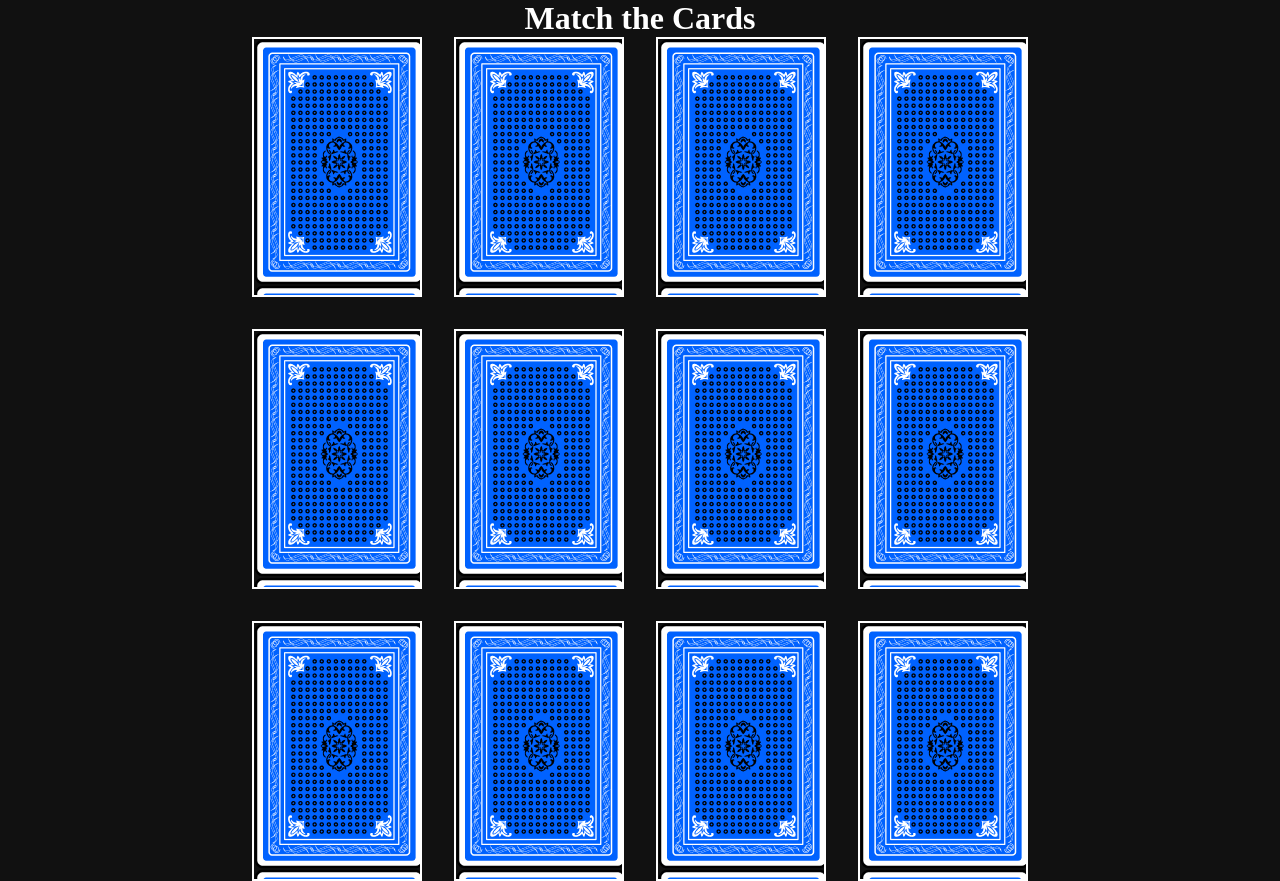
Repository: ThisIsSahaj/Js-Games
Page: MemoryCards/index.html
An editor plug-in stored every save of this project. The page is shown before and after the next save, followed by the edit.
The browser window is 1280 px wide. The pictures show the whole page.

Above is the page before, as saved 2024-05-16 15:45:26.

After the next save:
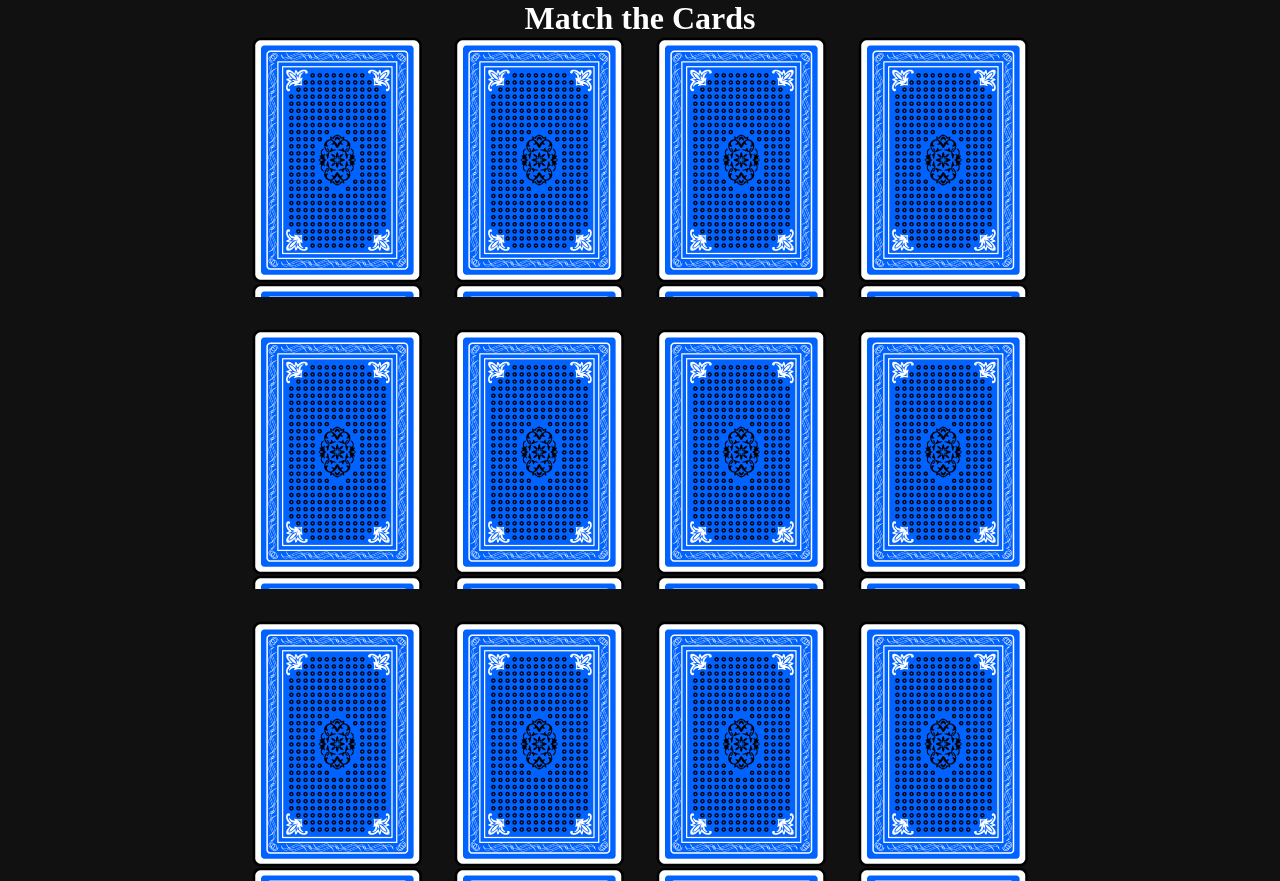
Saved 17 s later.
--- a/MemoryCards/style.css
+++ b/MemoryCards/style.css
@@ -34,7 +34,7 @@
 }
 
 .cardSelected{
-    border: 4px solid yellow;
+    /* border: 4px solid yellow; */
 }
 
 
@@ -53,14 +53,14 @@
 
 
 .cardBack{
- border: 2px solid white;
+ /* border: 2px solid white; */
  background-size: contain;
  background-repeat: no-repeat;
  background: url(images/back.png);
 }
 
 .cardFront{
-    border: 2px solid red;
+    /* border: 2px solid red; */
     transform: rotateY(180deg);
     background-size: contain;
     background-repeat: no-repeat;
